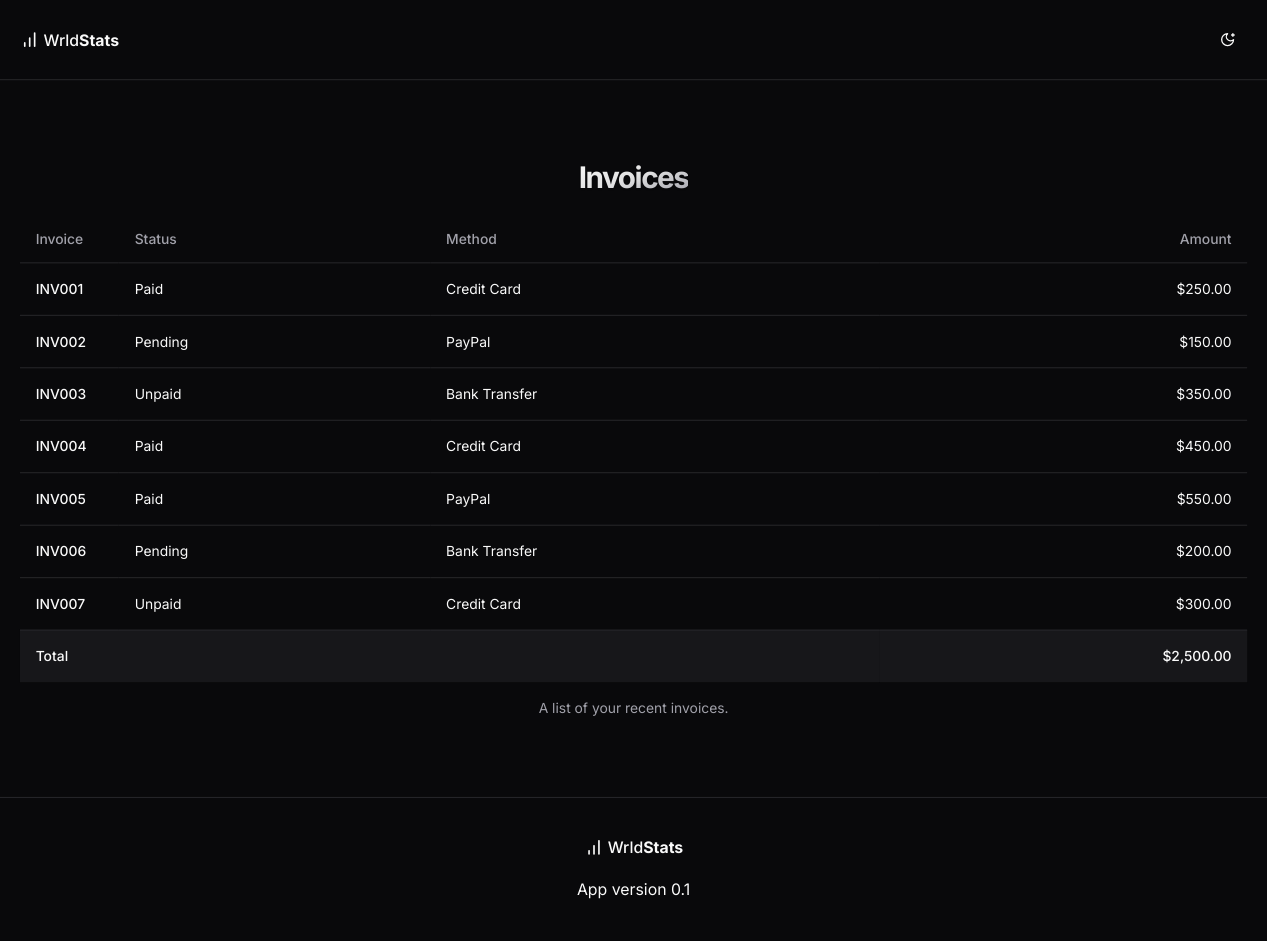
Repository: tushcmd/wrld-stats
Page: /
These files come from the project's save history. The page is drawn as it stood at one moment and after the next save; the edit follows.
The browser window is 1280 px wide. The pictures show the whole page, at 99% of full size.
The project was rebuilt for these pictures with package versions that can differ from the ones it lists, and the page was loaded fresh each time. The framework's server and built-in components were replaced by stand-ins that run in the browser. Also part of the build but not shown: next.config.mjs.

Above is the page before, as saved 2024-04-21 15:59:53.

After the next save:
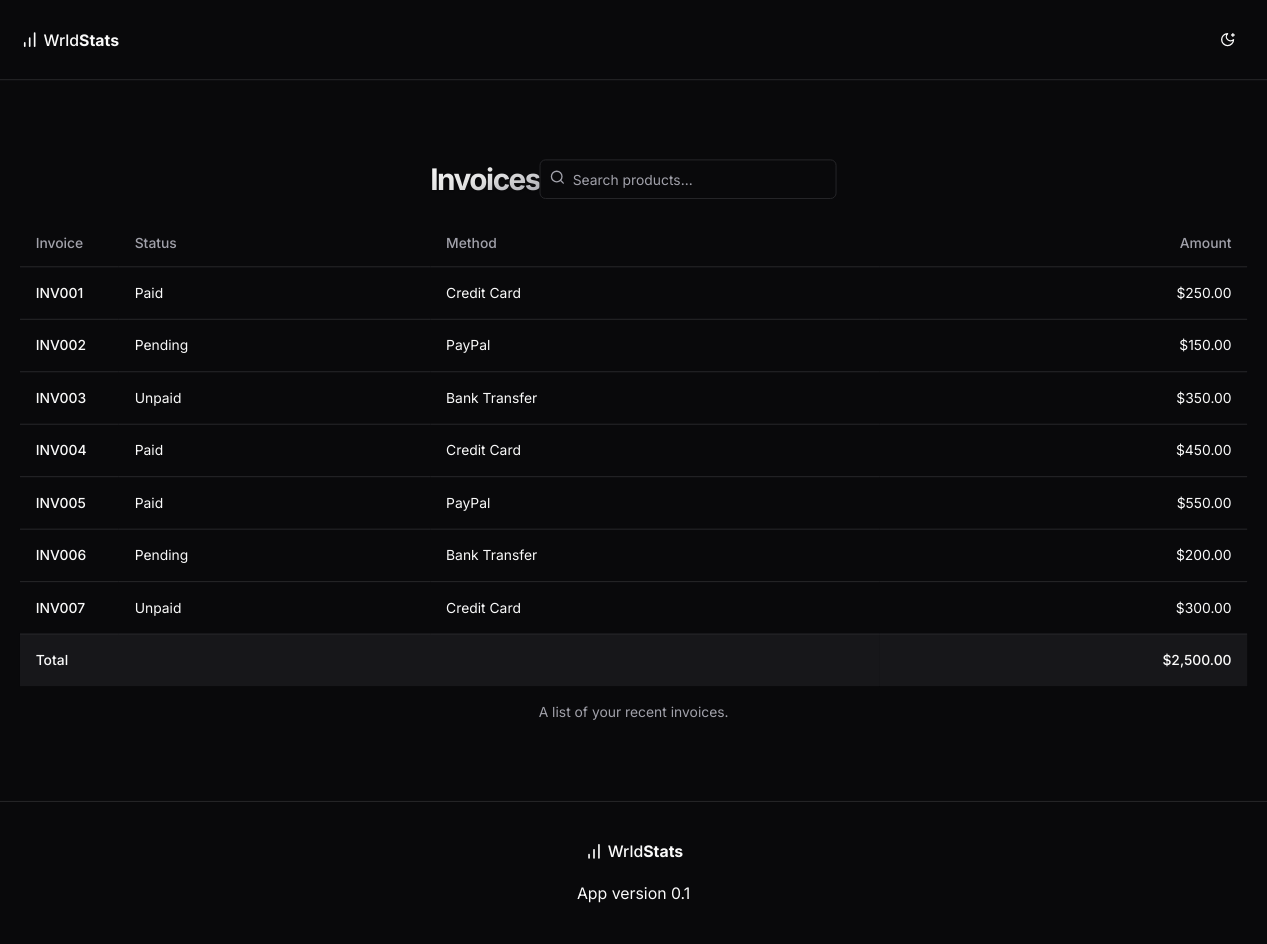
Saved 67 min 21 s later.
--- a/components/Hero.tsx
+++ b/components/Hero.tsx
@@ -1,6 +1,7 @@
-
+import { Search } from 'lucide-react'
 import React, { FC } from 'react'
 import { TableDemo } from './list'
+import { Input } from './ui/input'
 
 
 const Hero: FC = () => {
@@ -8,6 +9,16 @@ const Hero: FC = () => {
     <section className="flex flex-col items-center justify-center gap-5">
       <div className='flex flex-col md:flex-row justify-between items-center'>
         <p className='text-lg lg:text-3xl tracking-tighter font-bold bg-gradient-to-br from-foreground via-secondary-foreground/90 to-muted-foreground bg-clip-text text-transparent drop-shadow-sm'>Invoices</p>
+        <form className="ml-auto flex-1 sm:flex-initial">
+          <div className="relative">
+            <Search className="absolute left-2.5 top-2.5 h-4 w-4 text-muted-foreground" />
+            <Input
+              type="search"
+              placeholder="Search products..."
+              className="pl-8 sm:w-[300px] md:w-[200px] lg:w-[300px]"
+            />
+          </div>
+        </form>
       </div>
 
       <TableDemo />
